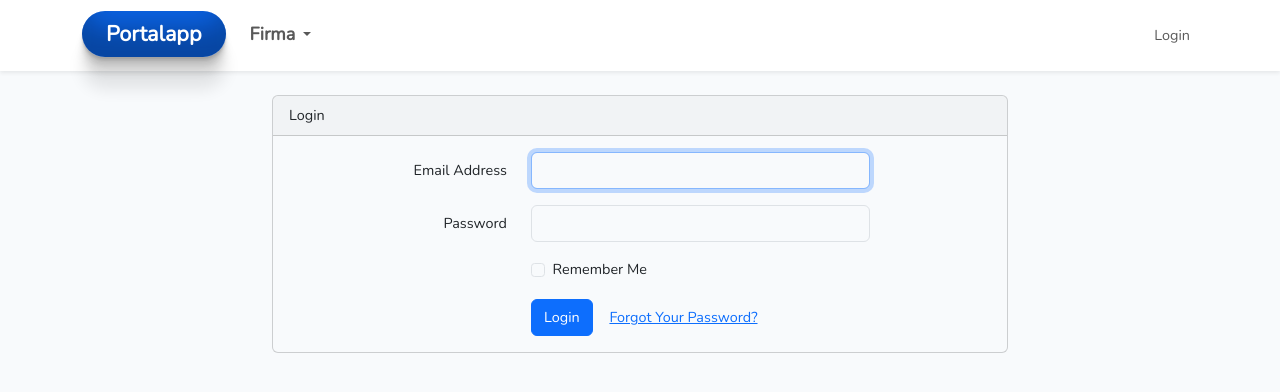
Repository: oguzhansade/portalapp
Page: http://localhost/login
An editor plug-in stored every save of this project. The page is shown before and after the next save, followed by the edit.
The browser window is 1280 px wide. The pictures show the whole page.
The page is served by the project's Laravel application, run on PHP 8.4 with Laravel 9. Style sheets and scripts are compiled from the project's sources, by tool versions that may differ from the author's.

Above is the page before, as saved 2023-06-29 11:41:27.

After the next save:
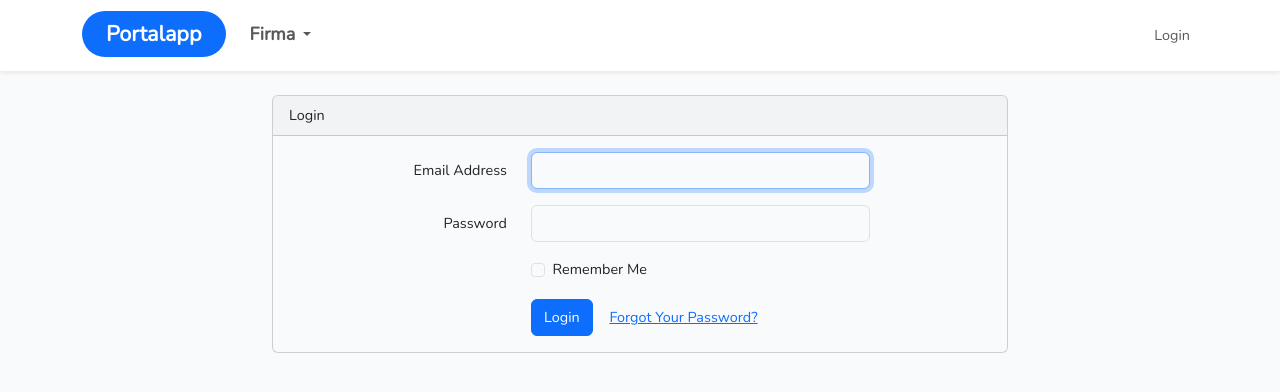
Saved 7 s later.
--- a/resources/views/layouts/app.blade.php
+++ b/resources/views/layouts/app.blade.php
@@ -40,7 +40,7 @@
         <nav class="navbar navbar-expand-md navbar-light bg-white shadow-sm ">
             <div class="container py-2">
                 <a class="navbar-brand" href="{{ url('/') }}">
-                    <span class="h4 px-4 py-2 bg-primary text-white b-shadow rounded-custom"><b>{{ config('app.name', 'Laravel') }}</b></span> </span>
+                    <span class="h4 px-4 py-2 bg-primary text-white  rounded-custom"><b>{{ config('app.name', 'Laravel') }}</b></span> </span>
                 </a>
                 <button class="navbar-toggler" type="button" data-bs-toggle="collapse" data-bs-target="#navbarSupportedContent" aria-controls="navbarSupportedContent" aria-expanded="false" aria-label="{{ __('Toggle navigation') }}">
                     <span class="navbar-toggler-icon"></span>
